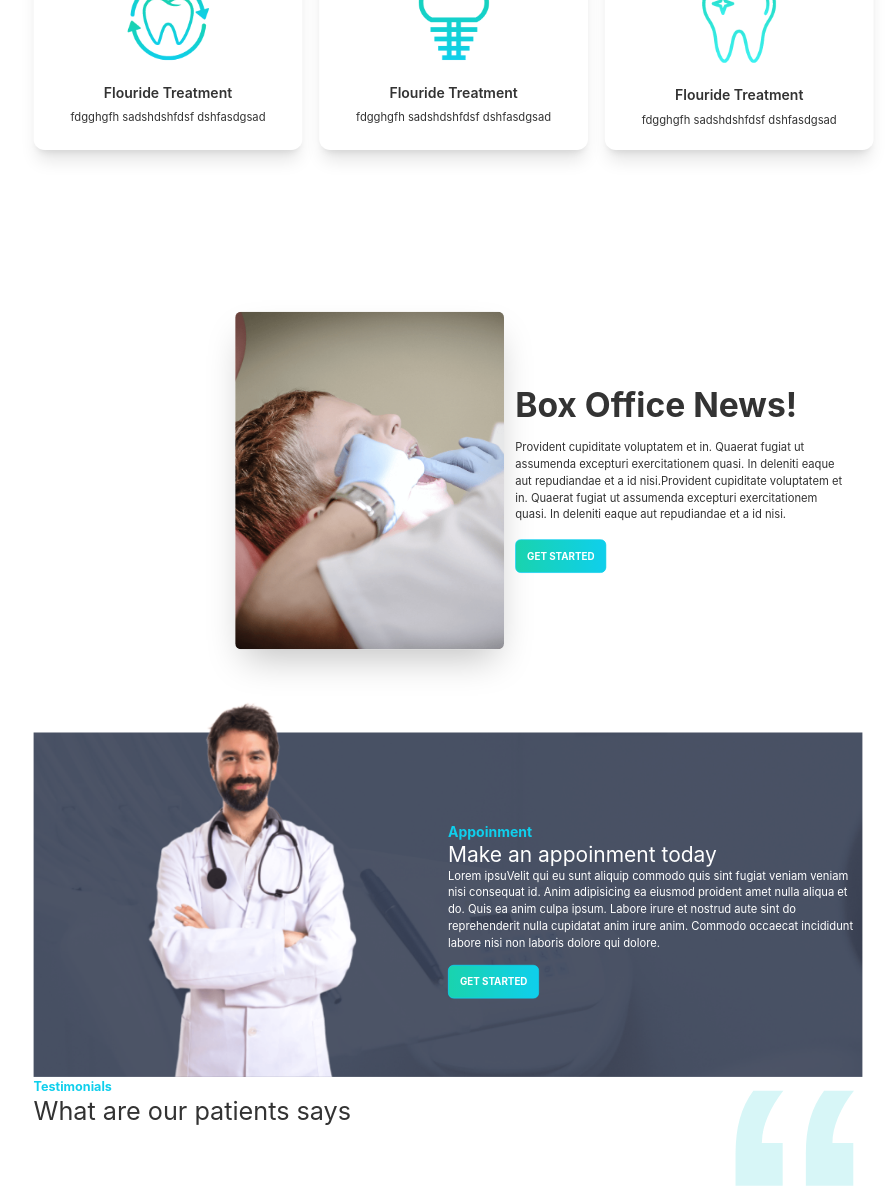
Repository: devsajid/doctors-portal-client
Page: /
These files come from the project's save history. The page is drawn as it stood at one moment and after a run of saves; the edit follows.
The browser window is 1280 px wide. The pictures show the part of the page from y = 1188 to 3108 px (the page is 2884 px tall before and 3108 px after), at 70% of full size.
Backgrounds fixed to the window are drawn as part of the page. The project was rebuilt for these pictures with package versions that can differ from the ones it lists, and the page was loaded fresh each time. Also part of the build but not shown: src/App.css, src/Pages/About/About.js, src/Pages/Appoinment/Appoinment.js, src/Pages/Contact/Contact.js, src/Pages/Login/Login.js, src/Pages/Review/Review.js.

Above is the page before, as saved 2022-08-14 12:13:13.

After the next 6 saves:
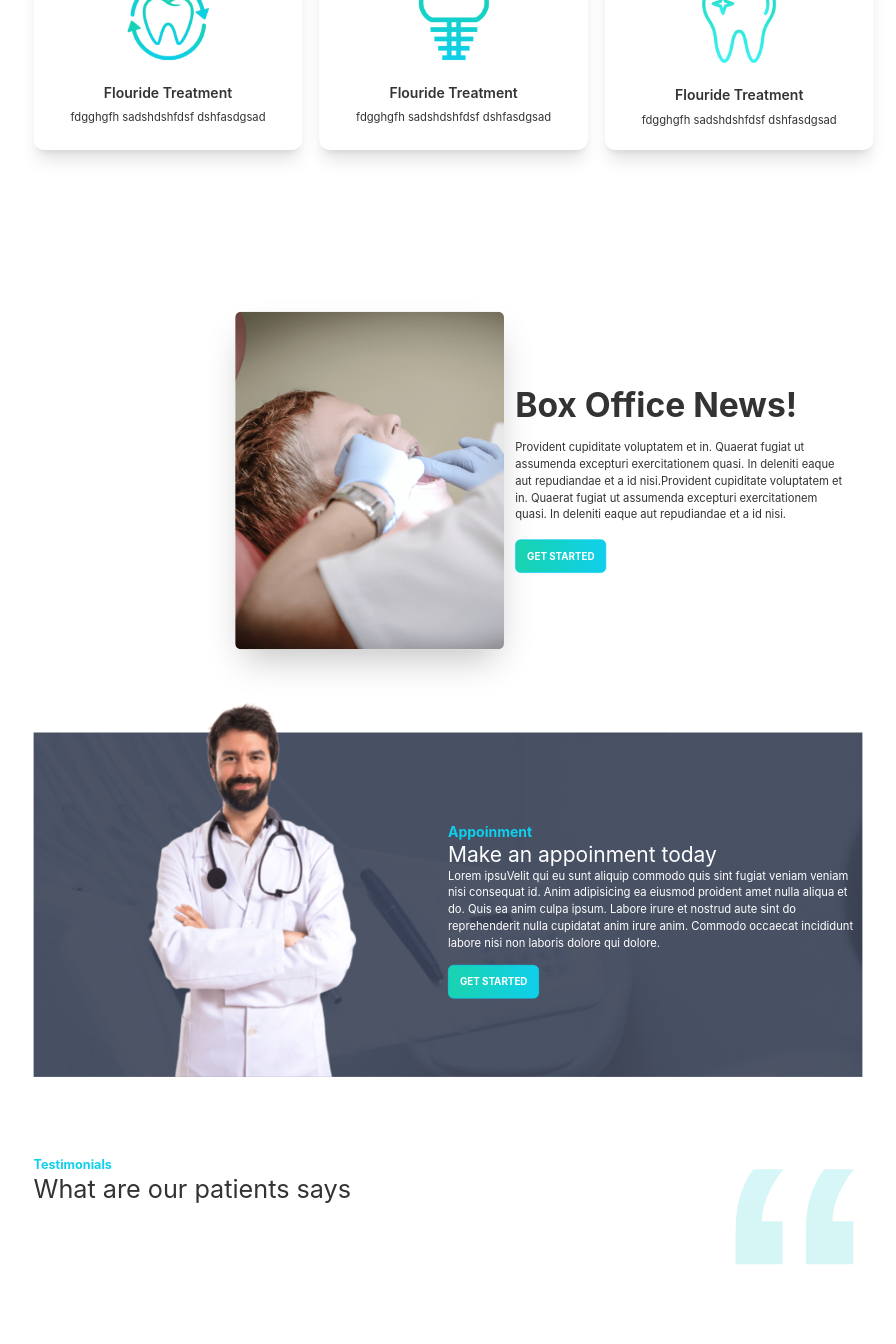
The 6 saves are shown as one change because they came seconds apart.
The last was saved 30 s later.
--- a/src/Pages/Home/Testimonials/Testimonials.js
+++ b/src/Pages/Home/Testimonials/Testimonials.js
@@ -2,7 +2,7 @@ import React from "react";
 import quote from "../../../assets/icons/quote.svg";
 const Testimonials = () => {
   return (
-    <section>
+    <section className="my-28">
       <div
         className=" flex  "
         style={{ justifyContent: "space-between" }}
